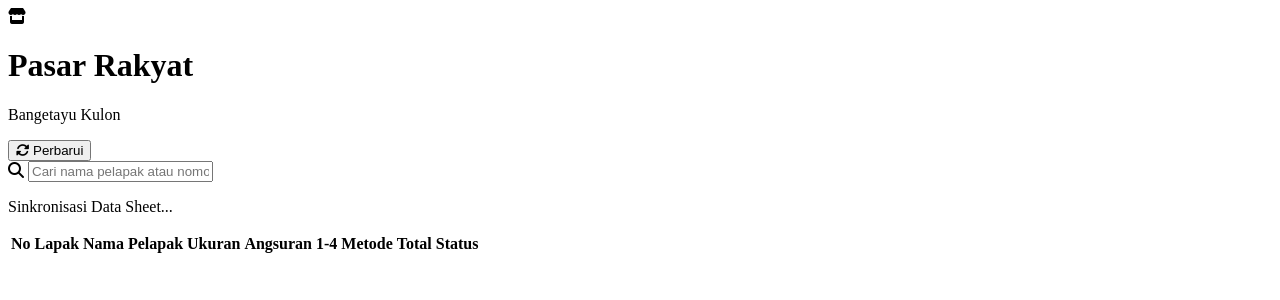
Repository: pasarrakyatbak/monitoringpembayarankaos
Page: index.html
These files come from the project's save history. The page is drawn as it stood at one moment and after the next save; the edit follows.
The browser window is 1280 px wide. The pictures show the whole page.

Above is the page before, as saved 2026-01-04 13:12:26.

After the next save:
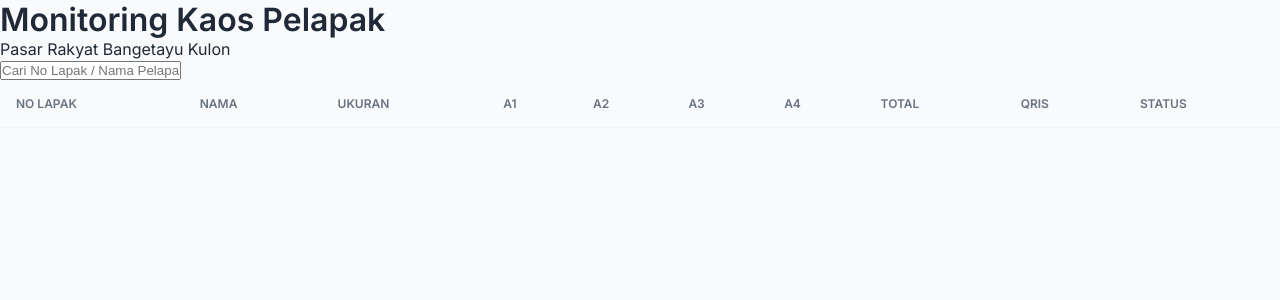
Console error: TypeError: Cannot read properties of null (reading 'classList')
Saved 75 s later.
--- a/index.html
+++ b/index.html
@@ -3,62 +3,51 @@
 
 <head>
     <meta charset="UTF-8">
-    <link rel="stylesheet" href="https://cdnjs.cloudflare.com/ajax/libs/font-awesome/6.4.0/css/all.min.css">
-    <?!= include('css'); ?>
+    <meta name="viewport" content="width=device-width, initial-scale=1.0">
+    <title>Monitoring Kaos Pelapak</title>
+
+    <!-- Font -->
+    <link rel="preconnect" href="https://fonts.googleapis.com">
+    <link rel="preconnect" href="https://fonts.gstatic.com" crossorigin>
+    <link href="https://fonts.googleapis.com/css2?family=Inter:wght@400;500;600&display=swap" rel="stylesheet">
+
+    <link rel="stylesheet" href="style.css">
 </head>
 
 <body>
 
-    <header class="top-nav">
-        <div class="container nav-box">
-            <div class="brand">
-                <div class="logo-circle"><i class="fas fa-store"></i></div>
-                <div class="brand-text">
-                    <h1>Pasar Rakyat</h1>
-                    <p>Bangetayu Kulon</p>
-                </div>
+    <div class="app">
+        <header class="header">
+            <h1>Monitoring Kaos Pelapak</h1>
+            <p>Pasar Rakyat Bangetayu Kulon</p>
+        </header>
+
+        <div class="card">
+            <div class="toolbar">
+                <input type="text" id="searchInput" placeholder="Cari No Lapak / Nama Pelapak">
             </div>
-            <button class="refresh-btn" onclick="refreshData()">
-                <i id="refresh-icon" class="fas fa-sync-alt"></i> <span>Perbarui</span>
-            </button>
-        </div>
-    </header>
 
-    <main class="container">
-        <section class="search-area">
-            <div class="input-group">
-                <i class="fas fa-search"></i>
-                <input type="text" id="searchInput" onkeyup="filterData()"
-                    placeholder="Cari nama pelapak atau nomor lapak...">
-            </div>
-        </section>
-
-        <div id="loader" class="loader">
-            <div class="spinner"></div>
-            <p>Sinkronisasi Data Sheet...</p>
-        </div>
-
-        <div class="table-card desktop-view">
-            <table id="mainTable">
+            <table>
                 <thead>
                     <tr>
                         <th>No Lapak</th>
-                        <th>Nama Pelapak</th>
+                        <th>Nama</th>
                         <th>Ukuran</th>
-                        <th>Angsuran 1-4</th>
-                        <th>Metode</th>
+                        <th>A1</th>
+                        <th>A2</th>
+                        <th>A3</th>
+                        <th>A4</th>
                         <th>Total</th>
+                        <th>QRIS</th>
                         <th>Status</th>
                     </tr>
                 </thead>
-                <tbody id="tableBody"></tbody>
+                <tbody></tbody>
             </table>
         </div>
+    </div>
 
-        <div id="mobileList" class="mobile-view"></div>
-    </main>
-
-    <?!= include('js'); ?>
+    <script src="script.js"></script>
 </body>
 
 </html>
